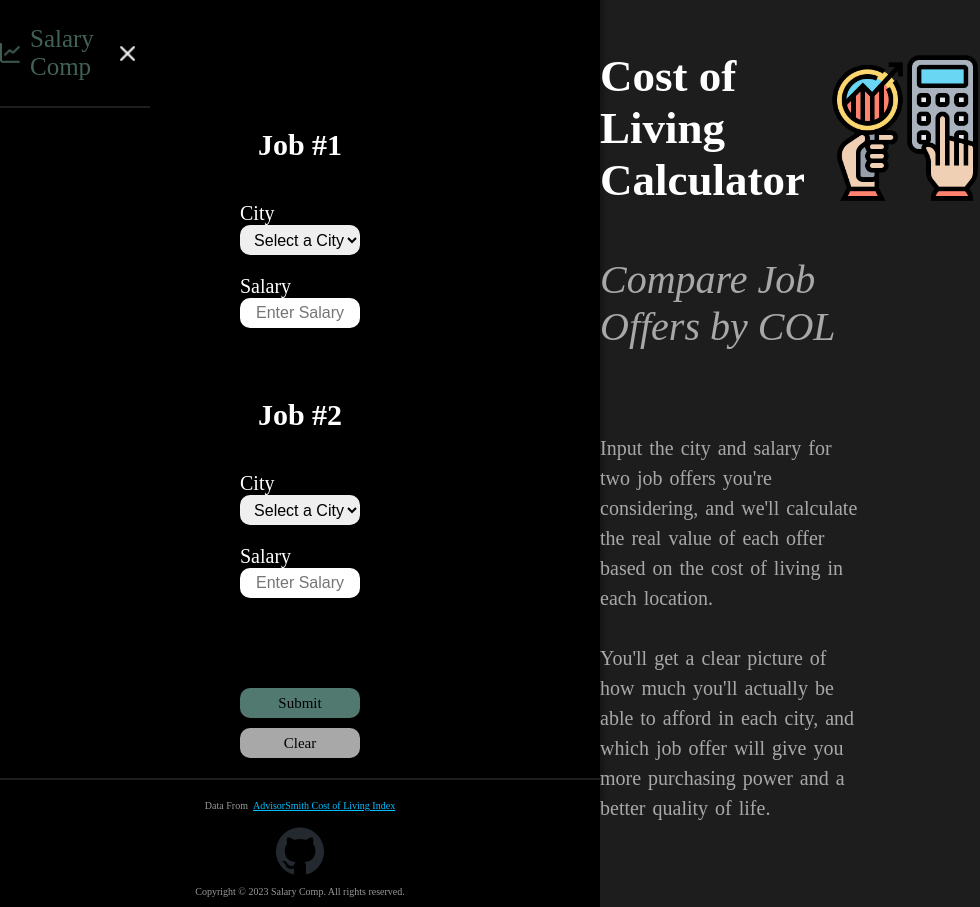
Repository: robbymcd/Salary-Comp
Page: /
An editor plug-in stored every save of this project. The page is shown before and after the next save, followed by the edit.
The browser window is 600 px wide. The page is 980 px wide, then 600 px, so the pictures cover 980 px, including what lies to the right of the window. The pictures show the whole page.
Some web fonts or font styles are not loaded; a fallback is used. The project was rebuilt for these pictures with package versions that can differ from the ones it lists, and the page was loaded fresh each time. Also part of the build but not shown: src/Main.css, src/Main.js.

Above is the page before, as saved 2023-06-16 14:31:18.

After the next save:
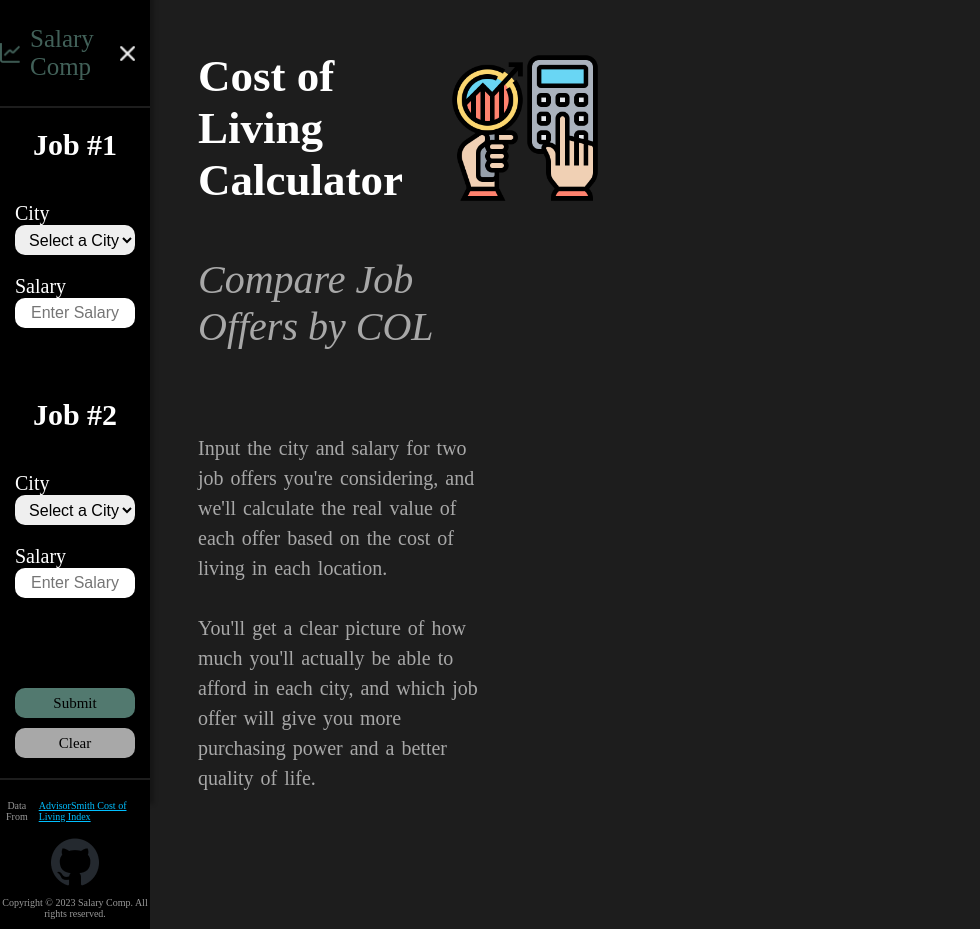
Saved 8 s later.
--- a/src/OpenSidebar.css
+++ b/src/OpenSidebar.css
@@ -205,13 +205,6 @@ input {
     }
 }
 
-@media screen and (max-width: 700px) {
-    .open-sidebar {
-        width: 100vw;
-        margin-right: 0;
-    }
-}
-
 @media screen and (min-height: 800px) {
     .form h1 {
         margin-top: 0;
